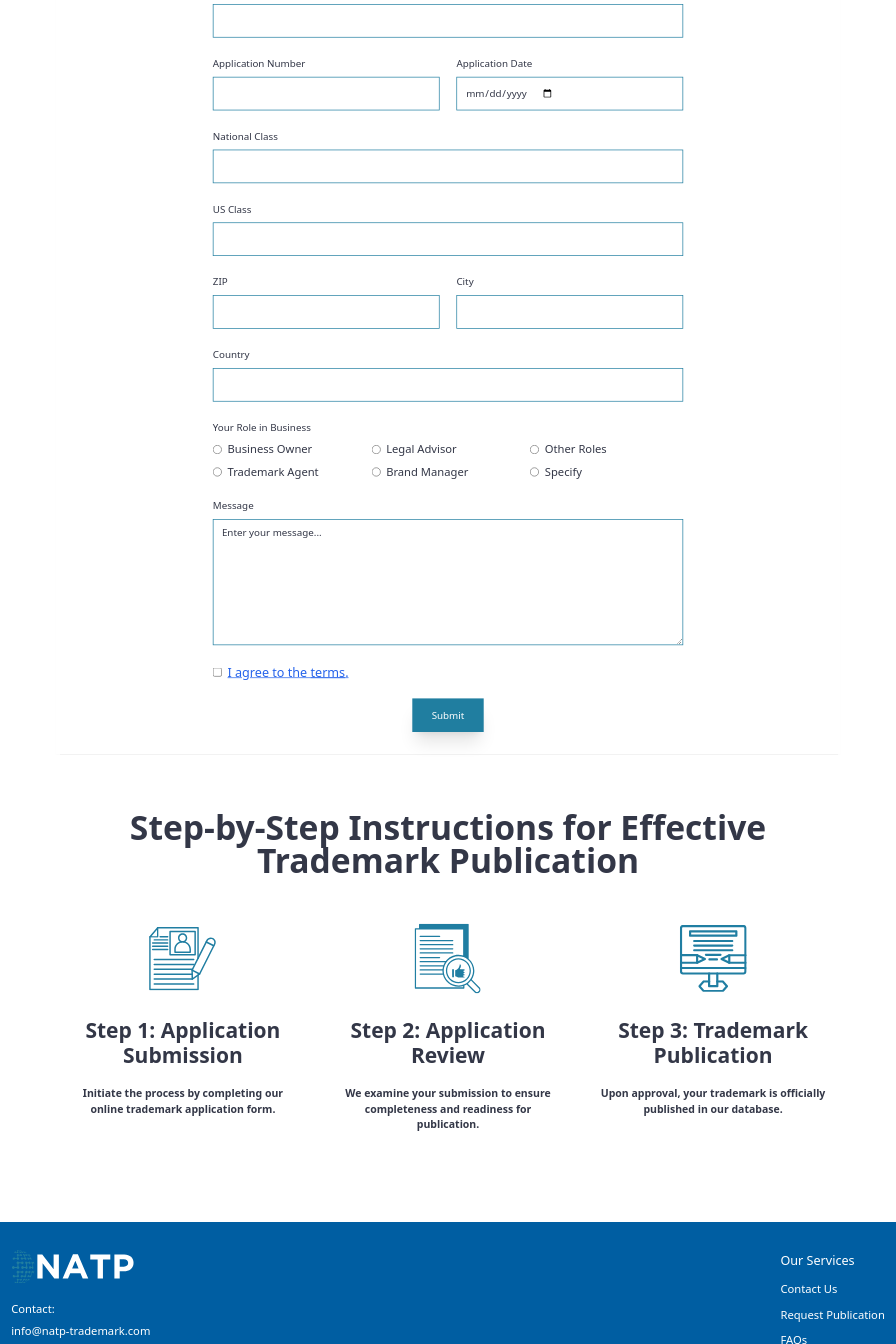
Repository: raushan22882917/natp-preview
Page: /apply
These files come from the project's save history. The page is drawn as it stood at one moment and after the next save; the edit follows.
The browser window is 1280 px wide. The pictures show the part of the page from y = 1254 to 3174 px (the page is 3341 px tall), at 70% of full size.
The project was rebuilt for these pictures with package versions that can differ from the ones it lists, and the page was loaded fresh each time. Also part of the build but not shown: vite.config.ts, src/components/ui/tooltip.tsx, src/components/Hero.tsx, src/hooks/use-hash-scroll.tsx, src/pages/Index.tsx, src/pages/About.tsx, src/components/TrademarkCard.tsx, src/pages/Search.tsx and 31 more.

Above is the page before, as saved 2025-05-10 23:51:21.

### index.html
<!DOCTYPE html>
<html lang="en">
  <head>
    <meta charset="UTF-8" />
    <meta name="viewport" content="width=device-width, initial-scale=1.0" />
    <title>NATP</title>
    <meta name="description" content="Trademark Publication and Registration Services" />
    <meta name="author" content="Trademark Publication" />
    <link rel="icon" type="image/png" href="/trade.png" />
    <link rel="apple-touch-icon" href="/trade.png" />

    <meta property="og:title" content="Trademark Publication" />
    <meta property="og:description" content="Trademark Publication and Registration Services" />
    <meta property="og:type" content="website" />
    <meta property="og:image" content="/images/og-image.png" />

    <meta name="twitter:card" content="summary_large_image" />
    <meta name="twitter:image" content="/images/og-image.png" />

    <!-- Start Single Page Apps for GitHub Pages -->
    <script type="text/javascript">
      // Single Page Apps for GitHub Pages/Vercel
      // MIT License
      // https://github.com/rafgraph/spa-github-pages
      (function(l) {
        if (l.search[1] === '/' ) {
          var decoded = l.search.slice(1).split('&').map(function(s) {
            return s.replace(/~and~/g, '&')
          }).join('?');
          window.history.replaceState(null, null,
              l.pathname.slice(0, -1) + decoded + l.hash
          );
        }
      }(window.location))
    </script>
    <!-- End Single Page Apps for GitHub Pages -->
  </head>

  <body>
    <div id="root"></div>
    <script type="module" src="/src/main.tsx"></script>
  </body>
</html>

### src/components/ui/toaster.tsx
import { useToast } from "@/hooks/use-toast"
import {
  Toast,
  ToastClose,
  ToastDescription,
  ToastProvider,
  ToastTitle,
  ToastViewport,
} from "@/components/ui/toast"

export function Toaster() {
  const { toasts } = useToast()

  return (
    <ToastProvider>
      {toasts.map(function ({ id, title, description, action, ...props }) {
        return (
          <Toast key={id} {...props}>
            <div className="grid gap-1">
              {title && <ToastTitle>{title}</ToastTitle>}
              {description && (
                <ToastDescription>{description}</ToastDescription>
              )}
            </div>
            {action}
            <ToastClose />
          </Toast>
        )
      })}
      <ToastViewport />
    </ToastProvider>
  )
}

### src/pages/Apply.tsx
import { useState } from "react";
import { Navbar } from "@/components/Navbar";
import { Input } from "@/components/ui/input";
import { Button } from "@/components/ui/button";
import { Checkbox } from "@/components/ui/checkbox";
import { Textarea } from "@/components/ui/textarea";
import { Label } from "@/components/ui/label";
import { handleApplicationSubmit } from "@/lib/form-handlers";
import { Footer } from "@/components/Footer";

export default function Apply() {
  const [formData, setFormData] = useState({
    first_name: "",
    last_name: "",
    email: "",
    phone: "",
    company: "",
    trademark: "",
    application_number: "",
    application_date: "",
    class: "",
    us_class: "",
    zip: "",
    city: "",
    country: "",
    role: "",
    message: "",
    agree: false,
  });

  const handleSubmit = async (e: React.FormEvent) => {
    e.preventDefault();
    if (await handleApplicationSubmit(formData)) {
      setFormData({
        first_name: "",
        last_name: "",
        email: "",
        phone: "",
        company: "",
        trademark: "",
        application_number: "",
        application_date: "",
        class: "",
        us_class: "",
        zip: "",
        city: "",
        country: "",
        role: "",
        message: "",
        agree: false,
      });
    }
  };

  return (
    <div className="min-h-screen">
      <Navbar />

      {/* Hero Section */}
      <div className=" min-h-[200px] flex items-center justify-center">
        <div className="text-center">
          <h1 className="text-3xl md:text-6xl font-semibold  mb-6 text-[#333747]">
          Application To Publish Your Trademark
          </h1>
          <p className="text-[20px] text-[#333747]">
          Submit your trademark to our exclusive database and enhance brand visibility today.
          </p>
        </div>
      </div>

      <div className="max-w-6xl mx-auto py-12 px-4">
        <div className="mb-12">

          <h2 className="text-5xl font-semibold mb-6 text-[#333747]">
          Strengthen Brand Visibility Through Trademark Publication
          </h2>
          <p className="text-[#333747] text-lg mb-10 font-semibold">
          The publication of a trademark is a key measure for establishing brand recognition and building credibility. By making your trademark publicly accessible, you position your brand for increased distinction within a competitive market environment.
          </p>
          <ul className="space-y-2">
            <li className="flex items-center gap-2">
              <div className="w-7 h-7 flex items-center justify-center">
                <img
                  src="/images/1.svg"
                  alt=""
                />
              </div>
              <span className="font-semibold text-[#333747]">
                Enhance recognition and strengthen your brand’s position in the market.
              </span>
            </li>
            <li className="flex items-center gap-2">
              <div className="w-7 h-7 flex items-center justify-center">
                <img
                  src="/images/1.svg"
                  alt=""
                />
              </div>
              <span className="font-semibold text-[#333747]">
              Enhance recognition and strengthen your brand’s position in the market.
              </span>
            </li>
            <li className="flex items-center gap-2">
              <div className="w-7 h-7 flex items-center justify-center">
                <img
                  src="/images/1.svg"
                  alt=""
                />
              </div>
              <span className="font-semibold text-[#333747]">
              Appeal to prospective clients by presenting a clearly defined and protected trademark.
              </span>
            </li>
          </ul>
        </div>

        <div className=" p-8 rounded-lg shadow-sm">
          <h3 className="text-4xl font-semibold mb-6 text-center text-[#333747]">
            Trademark Inquiry
          </h3>
          <p className="text-[#333747] mb-8 text-center text-xl">
          Please fill out the form to initiate your trademark publication request.
          </p>

          <form onSubmit={handleSubmit} className="max-w-2xl mx-auto space-y-6">
            <div className="grid md:grid-cols-2 gap-6">
              <div className="space-y-2">
                <Label htmlFor="firstName" className="text-[#333747]">
                  First Name
                </Label>
                <Input
                  id="firstName"
                  value={formData.first_name}
                  className="h-[48px] text-[#333747] border border-[#207ea0]"
                  onChange={(e) =>
                    setFormData((prev) => ({
                      ...prev,
                      first_name: e.target.value,
                    }))
                  }
                  required
                />
              </div>
              <div className="space-y-2">
                <Label htmlFor="lastName" className="text-[#333747]">
                  Last Name
                </Label>
                <Input
                  id="lastName"
                  className="h-[48px] text-[#333747] border border-[#207ea0]"
                  value={formData.last_name}
                  onChange={(e) =>
                    setFormData((prev) => ({
                      ...prev,
                      last_name: e.target.value,
                    }))
                  }
                  required
                />
              </div>
            </div>

            <div className="grid md:grid-cols-2 gap-6">
              <div className="space-y-2">
                <Label htmlFor="email" className="text-[#333747]">
                  Email
                </Label>
                <Input
                  id="email"
                  className="h-[48px] text-[#333747] border border-[#207ea0]"
                  type="email"
                  value={formData.email}
                  onChange={(e) =>
                    setFormData((prev) => ({ ...prev, email: e.target.value }))
                  }
                  required
                />
              </div>
              <div className="space-y-2">
                <Label htmlFor="phone" className="text-[#333747]">
                  Phone Number
                </Label>
                <Input
                  id="phone"
                  className="h-[48px] text-[#333747] border border-[#207ea0]"
                  type="tel"
                  value={formData.phone}
                  onChange={(e) =>
                    setFormData((prev) => ({ ...prev, phone: e.target.value }))
                  }
                  required
                />
              </div>
            </div>

            <div className="space-y-2">
              <Label htmlFor="company" className="text-[#333747]">
                Owner
              </Label>
              <Input
                id="company"
                className="h-[48px] text-[#333747] border border-[#207ea0]"
                value={formData.company}
                onChange={(e) =>
                  setFormData((prev) => ({ ...prev, company: e.target.value }))
                }
                required
              />
            </div>

            <div className="space-y-2">
              <Label htmlFor="trademark" className="text-[#333747]">
                Mark
              </Label>
              <Input
                id="trademark"
                className="h-[48px] text-[#333747] border border-[#207ea0]"
                value={formData.trademark}
                onChange={(e) =>
                  setFormData((prev) => ({
                    ...prev,
                    trademark: e.target.value,
                  }))
                }
                required
              />
            </div>

            <div className="grid md:grid-cols-2 gap-6">
              <div className="space-y-2">
                <Label htmlFor="application-number" className="text-[#333747]">
                  Application Number
                </Label>
                <Input
                  id="application-number"
                  className="h-[48px] text-[#333747] border border-[#207ea0]"
                  value={formData.application_number}
                  onChange={(e) =>
                    setFormData((prev) => ({
                      ...prev,
                      application_number: e.target.value,
                    }))
                  }
                />
              </div>
              <div className="space-y-2">
                <Label htmlFor="application-date" className="text-[#333747]">
                  Application Date
                </Label>
                <Input
                  id="application-date"
                  className="h-[48px] text-[#333747] border border-[#207ea0]"
                  type="date"
                  value={formData.application_date}
                  onChange={(e) =>
                    setFormData((prev) => ({
                      ...prev,
                      application_date: e.target.value,
                    }))
                  }
                />
              </div>
            </div>

            <div className="space-y-2">
              <Label htmlFor="class" className="text-[#333747]">
                National Class
              </Label>
              <Input
                id="class"
                className="h-[48px] text-[#333747] border border-[#207ea0]"
                value={formData.class}
                placeholder=""
                onChange={(e) =>
                  setFormData((prev) => ({ ...prev, class: e.target.value }))
                }
              />
            </div>

            <div className="space-y-2">
              <Label htmlFor="us_class" className="text-[#333747]">
                US Class
              </Label>
              <Input
                id="us_class"
                className="h-[48px] text-[#333747] border border-[#207ea0]"
                placeholder=""
                value={formData.us_class}
                onChange={(e) =>
                  setFormData((prev) => ({ ...prev, us_class: e.target.value }))
                }
              />
            </div>

            <div className="grid md:grid-cols-2 gap-6">
              <div className="space-y-2">
                <Label htmlFor="zip" className="text-[#333747]">
                  ZIP
                </Label>
                <Input
                  id="zip"
                  className="h-[48px] text-[#333747] border border-[#207ea0]"
                  value={formData.zip}
                  onChange={(e) =>
                    setFormData((prev) => ({ ...prev, zip: e.target.value }))
                  }
                />
              </div>
              <div className="space-y-2">
                <Label htmlFor="city" className="text-[#333747]">
                  City
                </Label>
                <Input
                  id="city"
                  value={formData.city}
                  className="h-[48px] text-[#333747] border border-[#207ea0]"
                  placeholder=""
                  onChange={(e) =>
                    setFormData((prev) => ({ ...prev, city: e.target.value }))
                  }
                />
              </div>
            </div>

            <div className="space-y-2">
              <Label htmlFor="country" className="text-[#333747]">
                Country
              </Label>
              <Input
                id="country"
                value={formData.country}
                className="h-[48px] text-[#333747] border border-[#207ea0]"
                onChange={(e) =>
                  setFormData((prev) => ({ ...prev, country: e.target.value }))
                }
              />
            </div>

            <div className="space-y-2">
              <Label className="text-[#333747]">Your Role in Business</Label>
              <div className="grid grid-cols-2 gap-2 md:grid-cols-3">
                {[
                  "Business Owner",
                  "Legal Advisor",
                  "Other Roles",
                  "Trademark Agent",
                  "Brand Manager",
                  "Specify",
                ].map((role) => (
                  <label
                    key={role}
                    className="flex items-center space-x-2 text-[#333747]">
                    <input
                      type="radio"
                      name="role"
                      value={role}
                      className="text-[#333747] "
                      checked={formData.role === role}
                      onChange={(e) =>
                        setFormData((prev) => ({ ...prev, role: e.target.value }))
                      }
                    />
                    <span>{role}</span>
                  </label>
                ))}
              </div>
            </div>

            <div className="space-y-2">
              <Label htmlFor="message" className="text-[#333747]">
                Message
              </Label>
              <Textarea
                id="message"
                className="h-[180px] text-[#333747] border border-[#207ea0]"
                placeholder="Enter your message..."
                value={formData.message}
                onChange={(e) =>
                  setFormData((prev) => ({ ...prev, message: e.target.value }))
                }
              />
            </div>

            <div className="flex items-center space-x-2">
              <input
                type="checkbox"
                id="agree"
                checked={formData.agree}
                onChange={(e) =>
                  setFormData((prev) => ({ ...prev, agree: e.target.checked }))
                }
              />
              <Label htmlFor="agree" className="font-normal text-lg text-blue-600 underline">
  I agree to the <a href="/terms">terms</a>.
</Label>

              {/* <Label htmlFor="agree" className="font-normal text-lg text-[#333747]">I agree to the terms.</Label> */}
            </div>
            <div className="flex justify-center items-center">
              <Button type="submit" className=" bg-[#207ea0] text-white hover:bg-[#207ea0] px-7 py-6 shadow-xl">
                Submit
              </Button>
            </div>
          </form>
        </div>

        <section className="py-20">
          <div className="max-w-7xl mx-auto px-4 text-center">
            {/* Title */}
            <h2 className="text-3xl md:text-5xl font-semibold text-[#333747] mb-14 leading-snug text-center">
            Step-by-Step Instructions for Effective Trademark Publication
            </h2>

            {/* Values */}
            <div className="grid grid-cols-1 md:grid-cols-3 gap-12">
              {/* Item 1 */}
              <div className="flex flex-col items-center text-center">
                <img
                  src="/images/Step 1.svg"
                  alt="Professionalism Icon"
                  className="w-[120px] h-[120px] mb-6"
                />
                <h4 className="text-3xl font-semibold text-[#333747] mb-6">
                Step 1: Application Submission
                </h4>
                <p className="text-[#333747] font-semibold text-[15px]">
                Initiate the process by completing our online trademark application form.
                </p>
              </div>

              {/* Item 2 */}
              <div className="flex flex-col items-center text-center">
                <img
                  src="/images/Step 2.svg"
                  alt="Client-Centric Icon"
                  className="w-[120px] h-[120px] mb-6"
                />
                <h4 className="text-3xl font-semibold text-[#333747] mb-6">
                Step 2: Application Review
                </h4>
                <p className="text-[#333747] font-semibold text-[15px]">
                We examine your submission to ensure completeness and readiness for publication.
                </p>
              </div>

              {/* Item 3 */}
              <div className="flex flex-col items-center text-center">
                <img
                  src="/images/Step 3.svg"
                  alt="Improvement Icon"
                  className="w-[120px] h-[120px] mb-6"
                />
                <h4 className="text-3xl font-semibold text-[#333747] mb-6">
                Step 3: Trademark Publication
                </h4>
                <p className="text-[#333747] font-semibold text-[15px]">
                Upon approval, your trademark is officially published in our database.
                </p>
              </div>
            </div>
          </div>
        </section>
      </div>
      <Footer />
    </div>
  );
}

### src/components/ui/input.tsx
import * as React from "react"

import { cn } from "@/lib/utils"

const Input = React.forwardRef<HTMLInputElement, React.ComponentProps<"input">>(
  ({ className, type, ...props }, ref) => {
    return (
      <input
        type={type}
        className={cn(
          "flex h-10 w-full rounded-md border border-input bg-background px-3 py-2 text-base ring-offset-background file:border-0 file:bg-transparent file:text-sm file:font-medium file:text-foreground placeholder:text-muted-foreground focus-visible:outline-none focus-visible:ring-2 focus-visible:ring-ring focus-visible:ring-offset-2 disabled:cursor-not-allowed disabled:opacity-50 md:text-sm",
          className
        )}
        ref={ref}
        {...props}
      />
    )
  }
)
Input.displayName = "Input"

export { Input }

### src/integrations/supabase/client.ts
// This file is automatically generated. Do not edit it directly.
import { createClient } from '@supabase/supabase-js';
import type { Database } from './types';

const SUPABASE_URL = "https://koljfqumuugekkvmupcx.supabase.co";
const SUPABASE_PUBLISHABLE_KEY = "eyJhbGciOiJIUzI1NiIsInR5cCI6IkpXVCJ9.eyJpc3MiOiJzdXBhYmFzZSIsInJlZiI6ImtvbGpmcXVtdXVnZWtrdm11cGN4Iiwicm9sZSI6ImFub24iLCJpYXQiOjE3NDU2NDUxNTIsImV4cCI6MjA2MTIyMTE1Mn0.q_Ti5BMmR2LXbXDshiDIVzI6Ke7A7XIIEcrrj0AxdqI";

// Import the supabase client like this:
// import { supabase } from "@/integrations/supabase/client";

export const supabase = createClient<Database>(SUPABASE_URL, SUPABASE_PUBLISHABLE_KEY);

### src/components/ui/label.tsx
import * as React from "react"
import * as LabelPrimitive from "@radix-ui/react-label"
import { cva, type VariantProps } from "class-variance-authority"

import { cn } from "@/lib/utils"

const labelVariants = cva(
  "text-sm font-medium leading-none peer-disabled:cursor-not-allowed peer-disabled:opacity-70"
)

const Label = React.forwardRef<
  React.ElementRef<typeof LabelPrimitive.Root>,
  React.ComponentPropsWithoutRef<typeof LabelPrimitive.Root> &
    VariantProps<typeof labelVariants>
>(({ className, ...props }, ref) => (
  <LabelPrimitive.Root
    ref={ref}
    className={cn(labelVariants(), className)}
    {...props}
  />
))
Label.displayName = LabelPrimitive.Root.displayName

export { Label }

### src/components/ui/textarea.tsx
import * as React from "react"

import { cn } from "@/lib/utils"

export interface TextareaProps
  extends React.TextareaHTMLAttributes<HTMLTextAreaElement> {}

const Textarea = React.forwardRef<HTMLTextAreaElement, TextareaProps>(
  ({ className, ...props }, ref) => {
    return (
      <textarea
        className={cn(
          "flex min-h-[80px] w-full rounded-md border border-input bg-background px-3 py-2 text-sm ring-offset-background placeholder:text-muted-foreground focus-visible:outline-none focus-visible:ring-2 focus-visible:ring-ring focus-visible:ring-offset-2 disabled:cursor-not-allowed disabled:opacity-50",
          className
        )}
        ref={ref}
        {...props}
      />
    )
  }
)
Textarea.displayName = "Textarea"

export { Textarea }

Loaded but not shown: src/main.tsx (common file); src/hooks/use-toast.ts (common file); src/lib/utils.ts (common file); src/components/Navbar.tsx (231 lines, source omitted); src/components/ui/navigation-menu.tsx (128 lines, source omitted); src/components/ui/toast.tsx (127 lines, source omitted); src/components/ui/sheet.tsx (130 lines, source omitted); tailwind.config.ts (103 lines, source omitted); src/components/Footer.tsx (79 lines, source omitted); src/lib/form-handlers.ts (94 lines, source omitted); src/App.tsx (57 lines, source omitted); src/components/ui/button.tsx (56 lines, source omitted); src/index.css (68 lines, source omitted); src/components/ui/sonner.tsx (29 lines, source omitted)

After the next save:
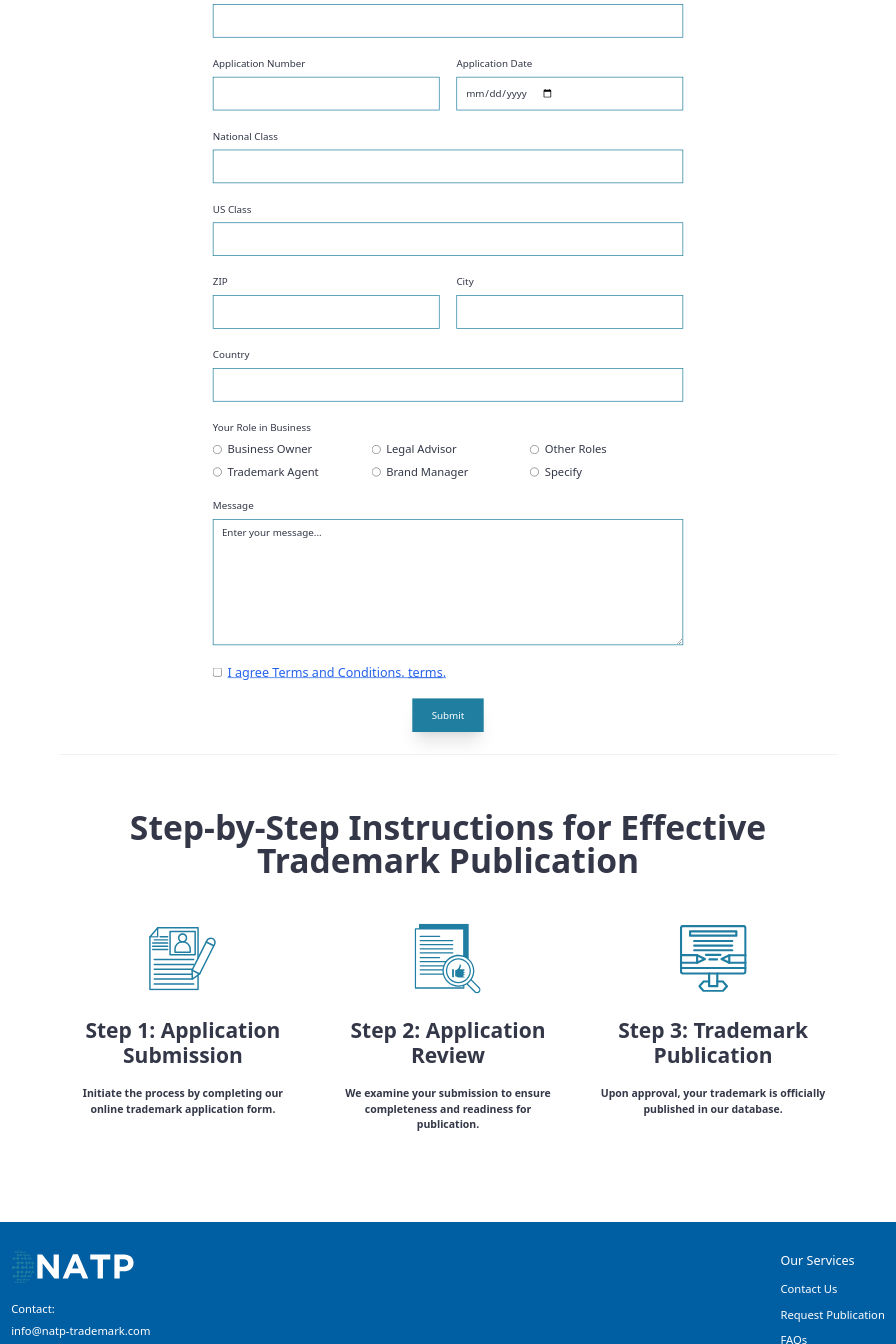
Saved 40 s later.
--- a/src/pages/Apply.tsx
+++ b/src/pages/Apply.tsx
@@ -391,7 +391,7 @@ export default function Apply() {
                 }
               />
               <Label htmlFor="agree" className="font-normal text-lg text-blue-600 underline">
-  I agree to the <a href="/terms">terms</a>.
+  I agree Terms and Conditions. <a href="/terms">terms</a>.
 </Label>
 
               {/* <Label htmlFor="agree" className="font-normal text-lg text-[#333747]">I agree to the terms.</Label> */}
